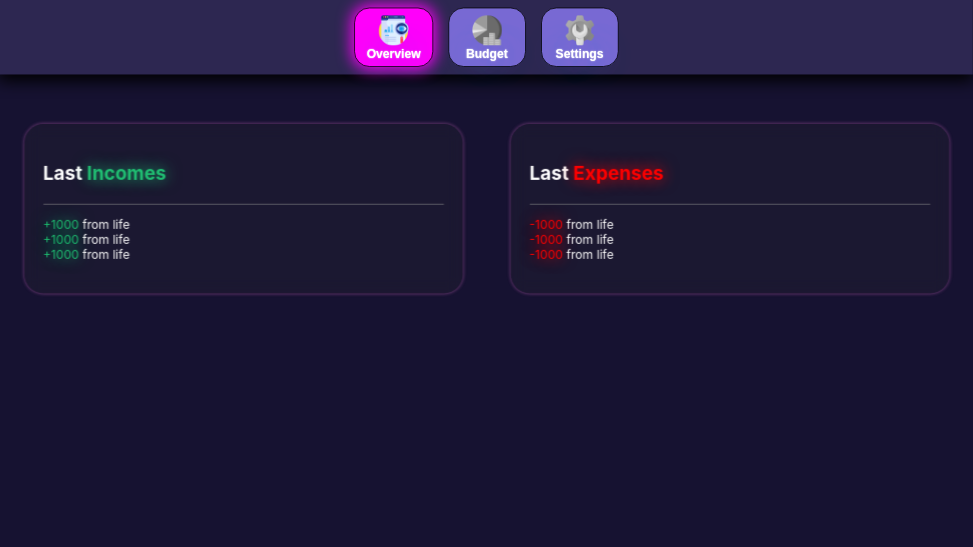
Repository: Minkeani/Money-Manager
Page: /Overview
An editor plug-in stored every save of this project. The page is shown before and after the next save, followed by the edit.
The browser window is 1280 px wide. The pictures show the whole page, at 76% of full size.
The project was rebuilt for these pictures with package versions that can differ from the ones it lists, and the page was loaded fresh each time. Also part of the build but not shown: src/components/Budget/Budget.module.css, src/components/Budget/Budget.jsx, src/components/Settings/Settings.jsx, src/components/NotFound/NotFound.module.css, src/components/NotFound/NotFound.jsx.

Above is the page before, as saved 2022-07-16 21:03:07.

After the next save:
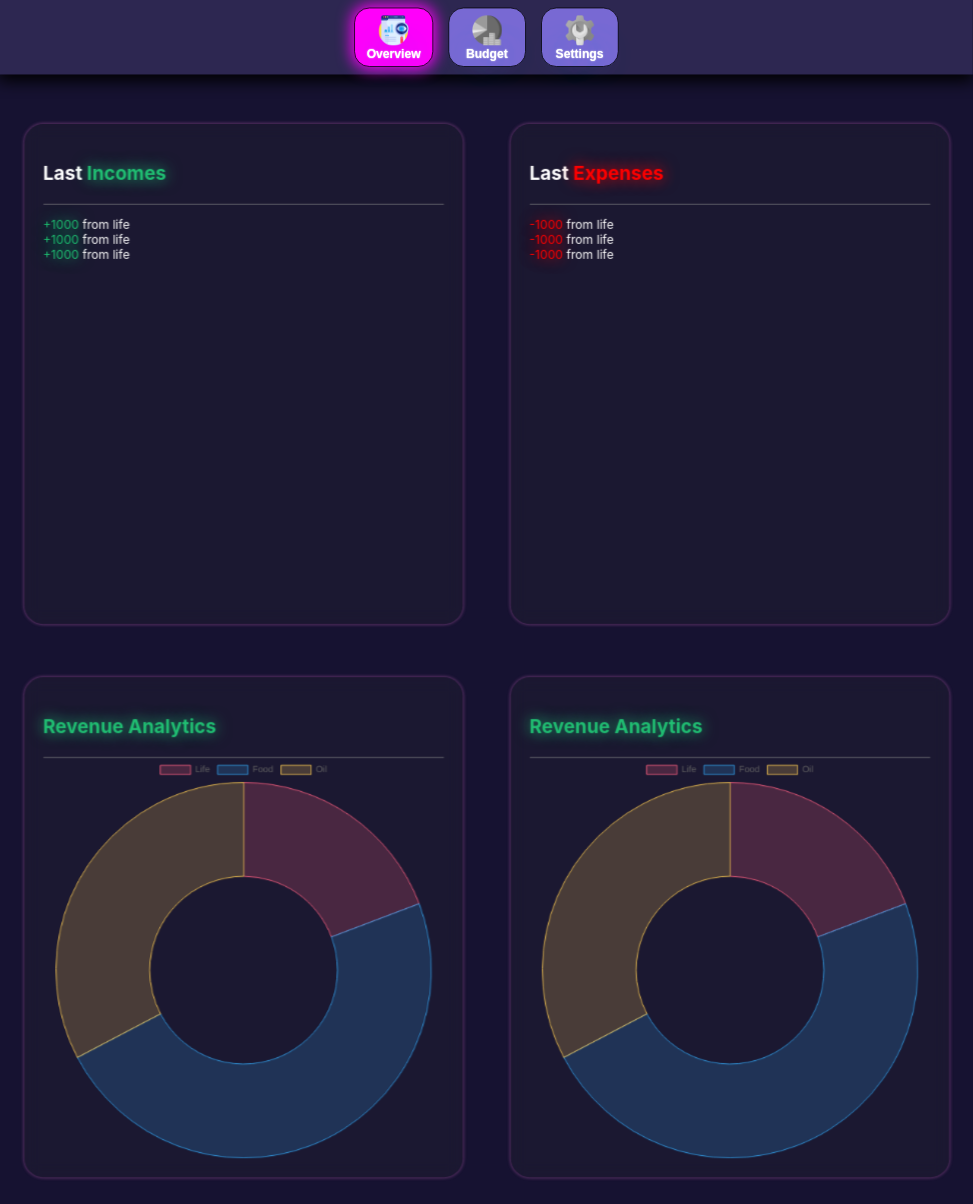
Saved 36 s later.
--- a/src/components/OverviewBlocks/OverviewCharts/Charts.jsx
+++ b/src/components/OverviewBlocks/OverviewCharts/Charts.jsx
@@ -13,13 +13,13 @@ export default function Charts() {
 
   return (
     <>
-        {data.map( (item) => {
+        {data.map( (item) => (
             <div className={styles.container}>
                 <h3 className={styles.title}><span className={styles.money}>Revenue Analytics</span></h3>
                 <div className={styles.dilivar}></div>
                 <Doughnut data={item} />
             </div>
-        })}
+        ))}
 
     </>
   )
